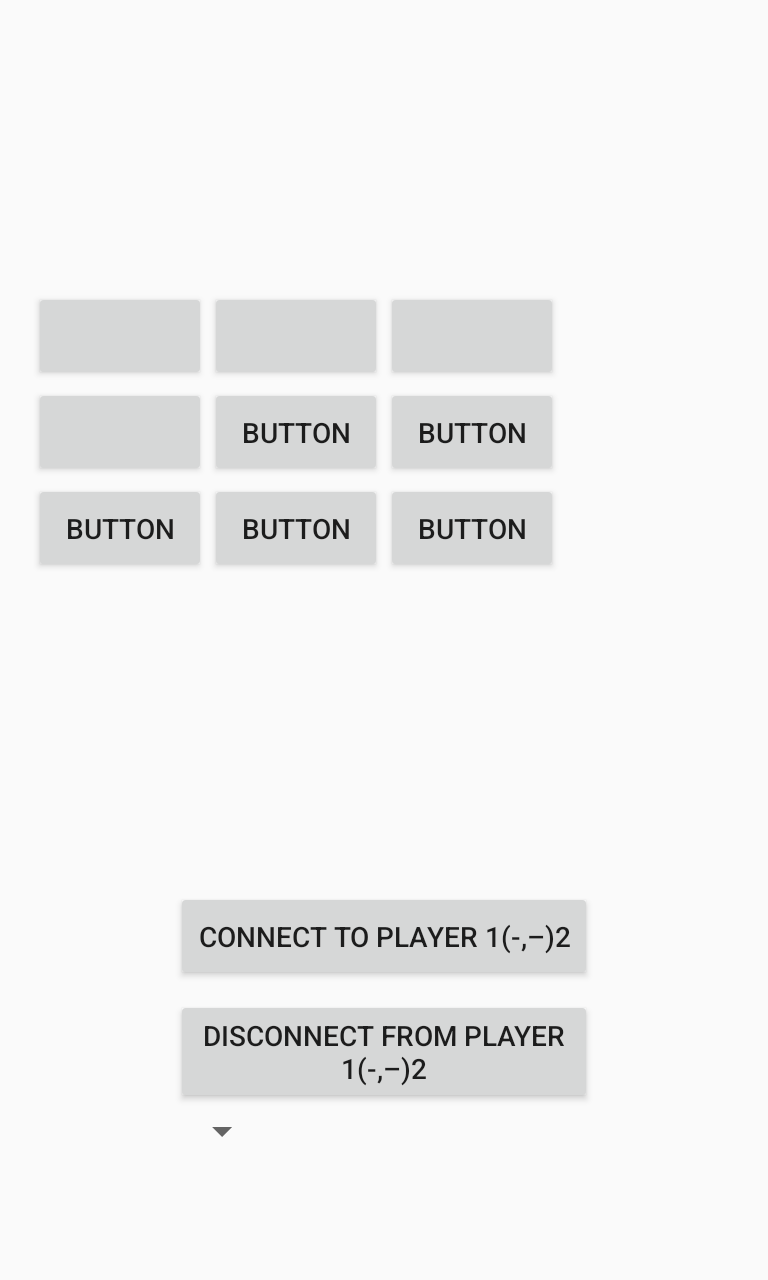
Repository: BananaGames/telecommProject
Layout: client/TelecommClient/res/layout/activity_main.xml
An editor plug-in stored every save of this project. The layout is shown before and after the next save, followed by the edit.
It is drawn on a 768 x 1280 px phone screen (xhdpi) without system bars, with theme AppTheme; the app's code is not run.

Above is the layout before, as saved 2014-11-17 23:49:12.

### client/TelecommClient/res/layout/activity_main.xml
<RelativeLayout xmlns:android="http://schemas.android.com/apk/res/android"
    xmlns:tools="http://schemas.android.com/tools"
    android:layout_width="match_parent"
    android:layout_height="match_parent"
    android:paddingBottom="@dimen/activity_vertical_margin"
    android:paddingLeft="@dimen/activity_horizontal_margin"
    android:paddingRight="@dimen/activity_horizontal_margin"
    android:paddingTop="@dimen/activity_vertical_margin"
    tools:context="com.example.telecommclient.MainActivity" >

    <Button
        android:id="@+id/buttonConnect"
        android:layout_width="wrap_content"
        android:layout_height="wrap_content"
        android:layout_alignParentBottom="true"
        android:layout_centerHorizontal="true"
        android:layout_marginBottom="132dp"
        android:text="@string/connect_string" />

    <Button
        android:id="@+id/button2"
        android:layout_width="wrap_content"
        android:layout_height="wrap_content"
        android:layout_alignLeft="@+id/buttonConnect"
        android:layout_alignRight="@+id/buttonConnect"
        android:layout_alignTop="@+id/buttonConnect"
        android:layout_marginTop="54dp"
        android:text="@string/disconnect_string" />

    <Spinner
        android:id="@+id/spinner1"
        android:layout_width="wrap_content"
        android:layout_height="wrap_content"
        android:layout_alignLeft="@+id/button2"
        android:layout_below="@+id/button2" />

    <TableLayout
        android:layout_width="wrap_content"
        android:layout_height="wrap_content"
        android:layout_above="@+id/buttonConnect"
        android:layout_alignParentLeft="true"
        android:layout_marginBottom="156dp" >

        <TableRow
            android:id="@+id/tableRow1"
            android:layout_width="wrap_content"
            android:layout_height="wrap_content" >

            <Button
                android:id="@+id/buttonTopLeft"
                android:layout_width="wrap_content"
                android:layout_height="wrap_content" />

            <Button
                android:id="@+id/buttonTopMiddle"
                android:layout_width="wrap_content"
                android:layout_height="wrap_content" />

            <Button
                android:id="@+id/buttonTopRight"
                android:layout_width="wrap_content"
                android:layout_height="wrap_content" />

        </TableRow>

        <TableRow
            android:id="@+id/tableRow2"
            android:layout_width="wrap_content"
            android:layout_height="wrap_content" >

            <Button
                android:id="@+id/buttonMidLeft"
                android:layout_width="wrap_content"
                android:layout_height="wrap_content"/>

            <Button
                android:id="@+id/button7"
                android:layout_width="wrap_content"
                android:layout_height="wrap_content"
                android:text="Button" />

            <Button
                android:id="@+id/button8"
                android:layout_width="wrap_content"
                android:layout_height="wrap_content"
                android:text="Button" />

        </TableRow>

        <TableRow
            android:id="@+id/tableRow3"
            android:layout_width="wrap_content"
            android:layout_height="wrap_content" >

            <Button
                android:id="@+id/button9"
                android:layout_width="wrap_content"
                android:layout_height="wrap_content"
                android:text="Button" />

            <Button
                android:id="@+id/button10"
                android:layout_width="wrap_content"
                android:layout_height="wrap_content"
                android:text="Button" />

            <Button
                android:id="@+id/button11"
                android:layout_width="wrap_content"
                android:layout_height="wrap_content"
                android:text="Button" />

        </TableRow>
    </TableLayout>

</RelativeLayout>

### client/TelecommClient/res/values/strings.xml
<?xml version="1.0" encoding="utf-8"?>
<resources>

    <string name="app_name">TelecommClient</string>
    <string name="hello_world">Hello world!</string>
    <string name="action_settings">Settings</string>
    <string name="connect_string">Connect to Player 1(-,&#8211;)2</string>
	<string name="disconnect_string">Disconnect from Player 1(-,&#8211;)2</string>

</resources>

Loaded but not shown: client/TelecommClient/res/values/styles.xml (common file); client/TelecommClient/res/values-v11/styles.xml (common file); client/TelecommClient/res/values-v14/styles.xml (common file); client/TelecommClient/res/values/dimens.xml (common file); client/TelecommClient/res/values-w820dp/dimens.xml (common file)

After the next save:
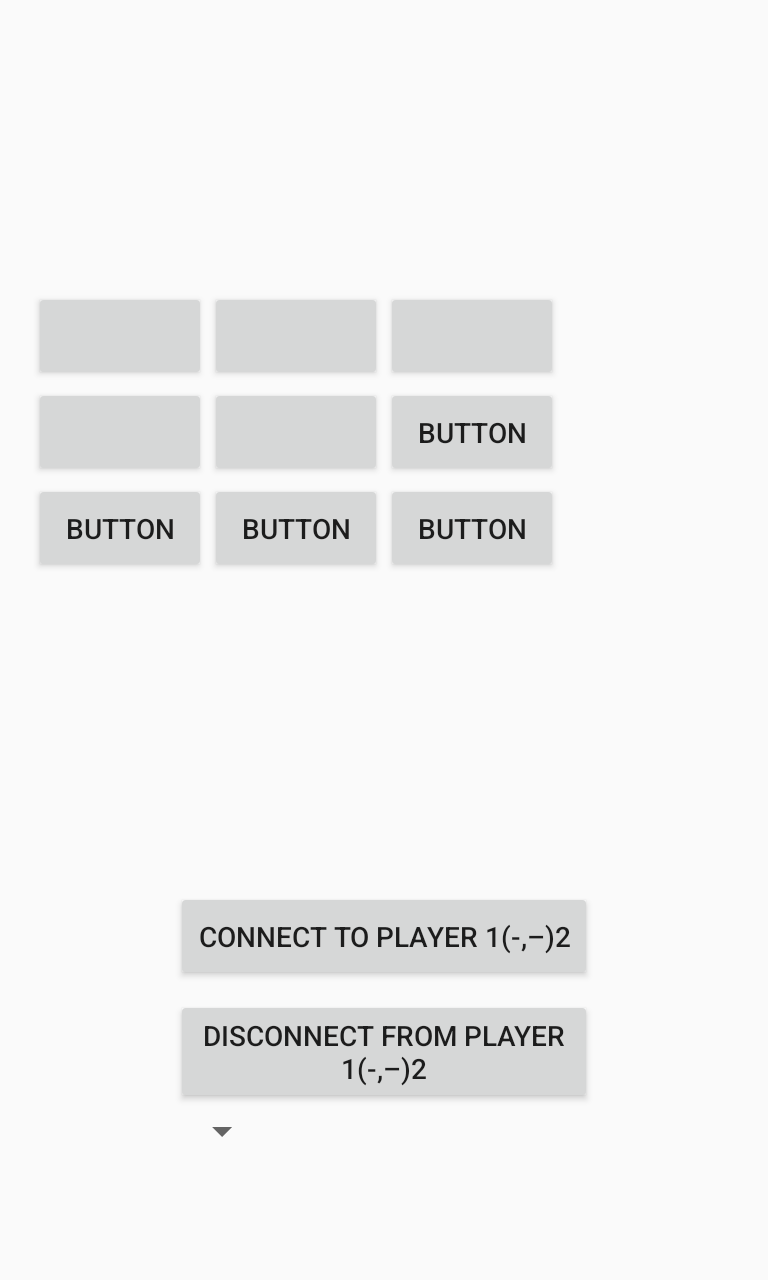
Saved 10 s later.
--- a/client/TelecommClient/res/layout/activity_main.xml
+++ b/client/TelecommClient/res/layout/activity_main.xml
@@ -74,10 +74,9 @@
                 android:layout_height="wrap_content"/>
 
             <Button
-                android:id="@+id/button7"
+                android:id="@+id/buttonMidMid"
                 android:layout_width="wrap_content"
-                android:layout_height="wrap_content"
-                android:text="Button" />
+                android:layout_height="wrap_content" />
 
             <Button
                 android:id="@+id/button8"
